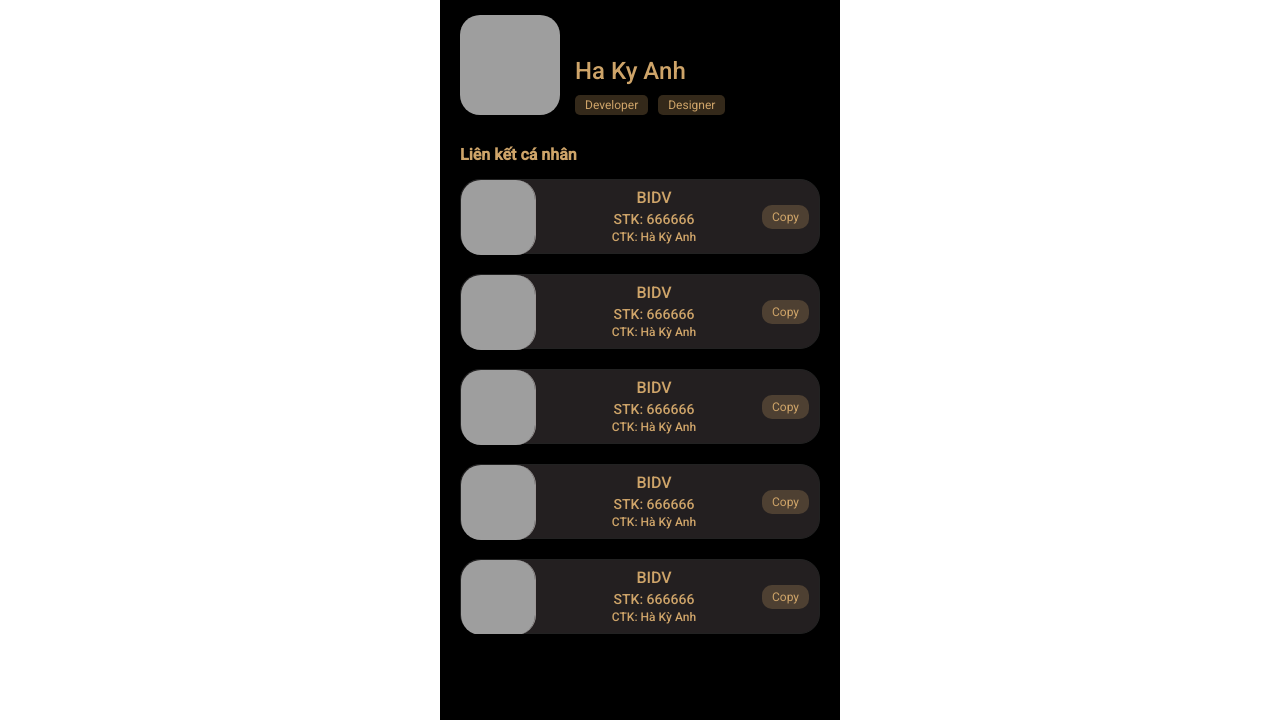
Repository: yzarc204/nguyen-tien-viet-hoang
Page: thong-tin-thanh-toan/index.html
An editor plug-in stored every save of this project. The page is shown before and after a run of saves, followed by the edit.
The browser window is 1280 px wide. The pictures show the whole page.
Pictures or frames that could not be fetched are drawn as grey boxes.

Above is the page before, as saved 2021-09-27 11:12:59.

After the next 2 saves:
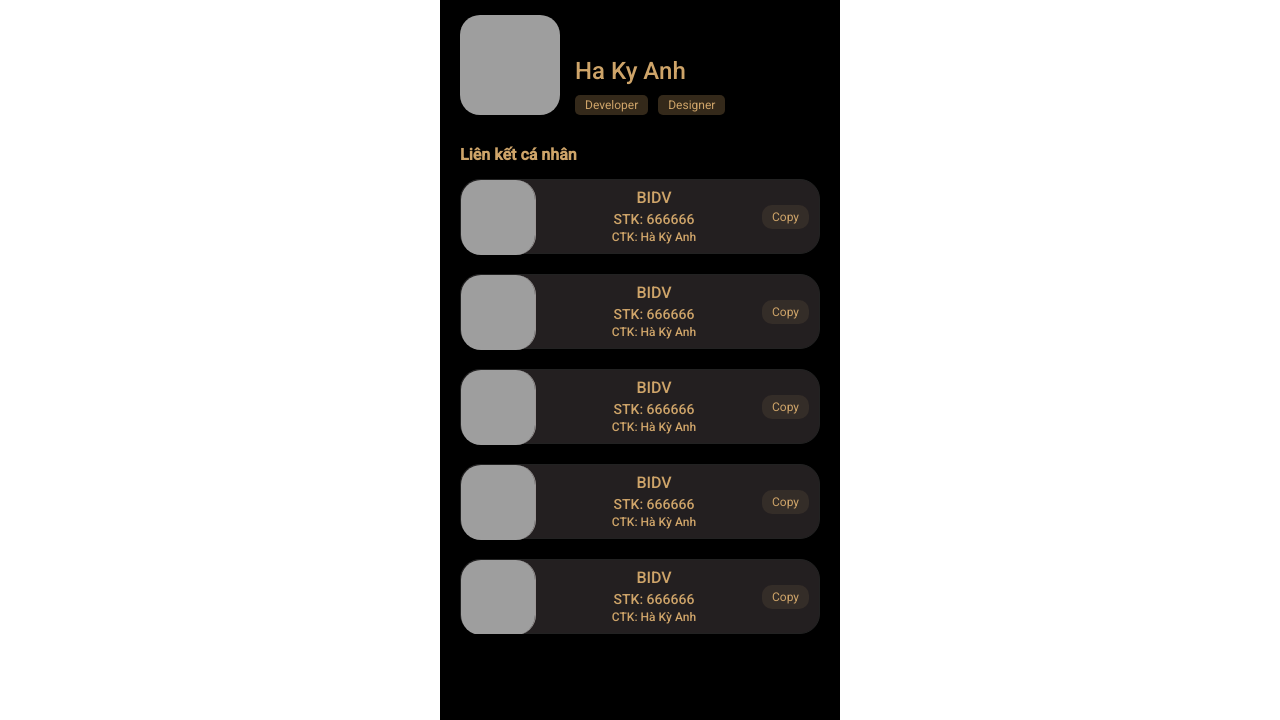
The 2 saves are shown as one change because they came seconds apart.
The last was saved 35 s later.
--- a/thong-tin-thanh-toan/public/css/index.css
+++ b/thong-tin-thanh-toan/public/css/index.css
@@ -149,5 +149,5 @@ body {
     left: 0;
     background: var(--dark-color);
     border-radius: 10px;
-    opacity: 0.25;
+    opacity: 0.1;
 }
